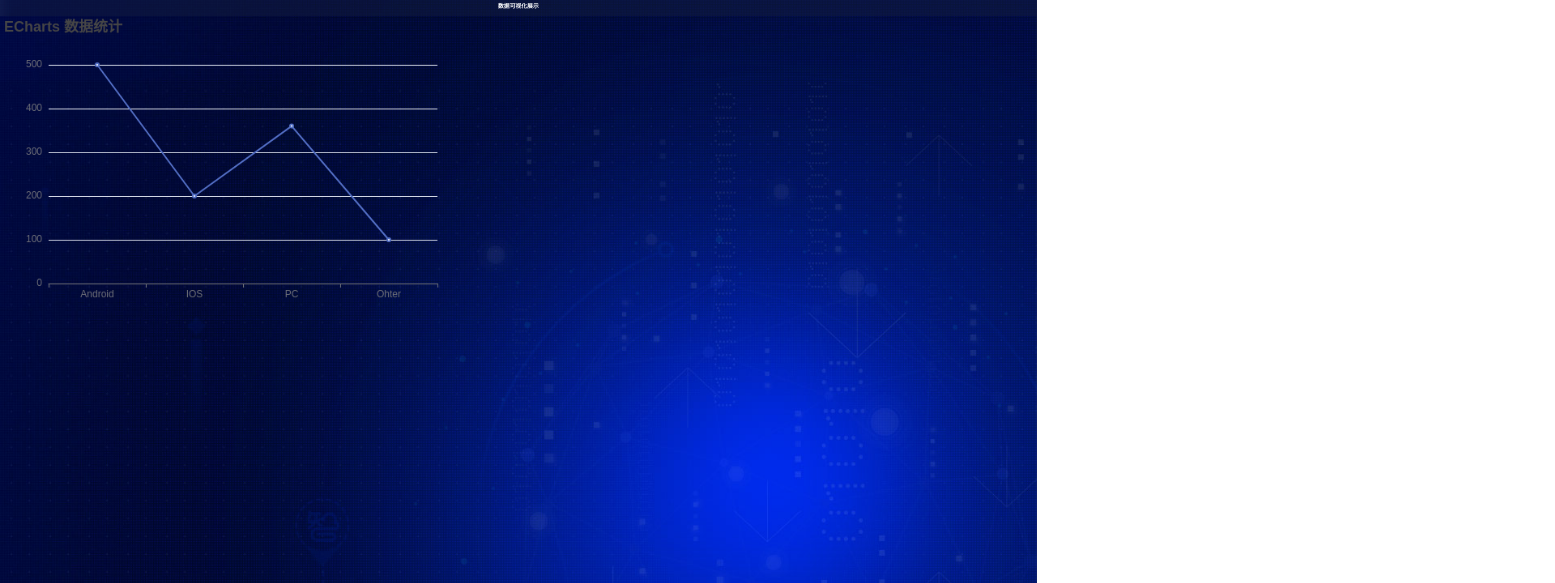
Repository: jiang-1990/DataVM
Page: /
These files come from the project's save history. The page is drawn as it stood at one moment and after the next save; the edit follows.
The browser window is 1280 px wide. The page is 1280 px wide, then 1920 px, so the pictures cover 1920 px, including what lies to the right of the window. The pictures show the whole page, at 81% of full size.
The project was rebuilt for these pictures with package versions that can differ from the ones it lists, and the page was loaded fresh each time.

Above is the page before, as saved 2021-08-23 10:58:13.

After the next save:
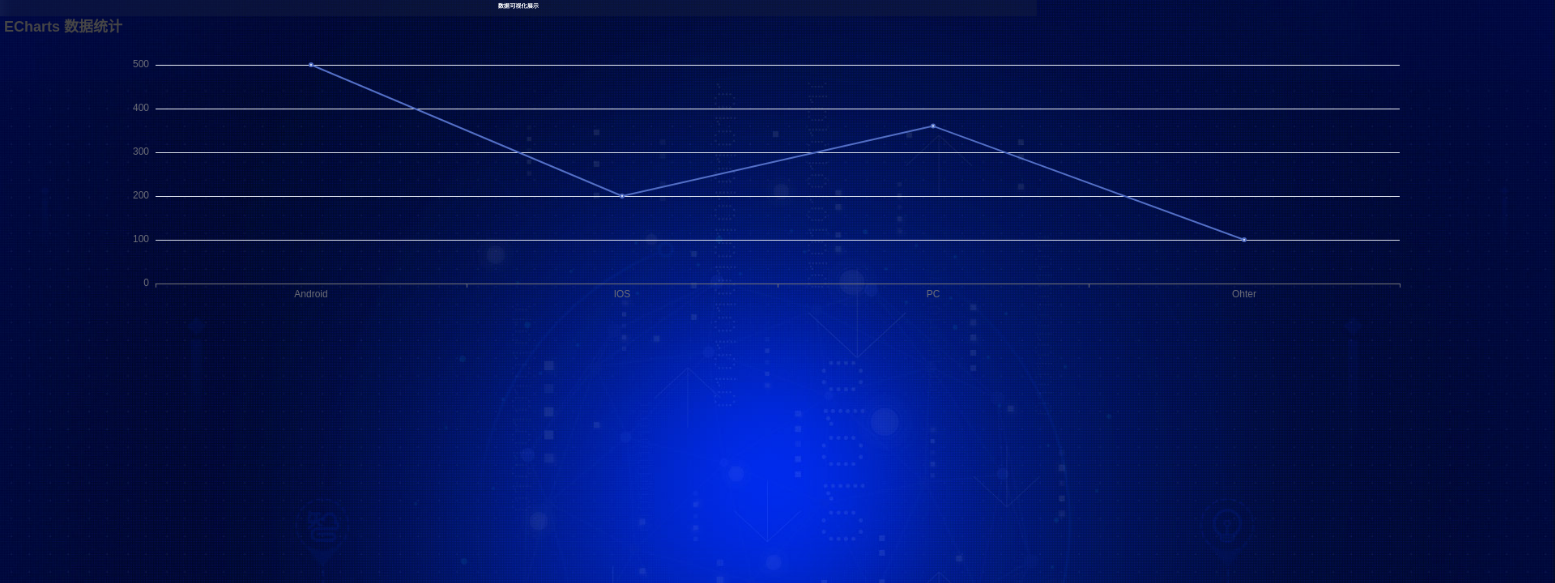
Saved 2 min 42 s later.
--- a/src/components/bigScreen.vue
+++ b/src/components/bigScreen.vue
@@ -3,7 +3,7 @@
     <div class="top">
       <h1>数据可视化展示</h1>
     </div>
-    <div id="myChart" style="width:600px; height: 400px;"></div>
+    <div id="myChart" style="width:1920px; height: 400px;"></div>
   </div>
 </template>
 
